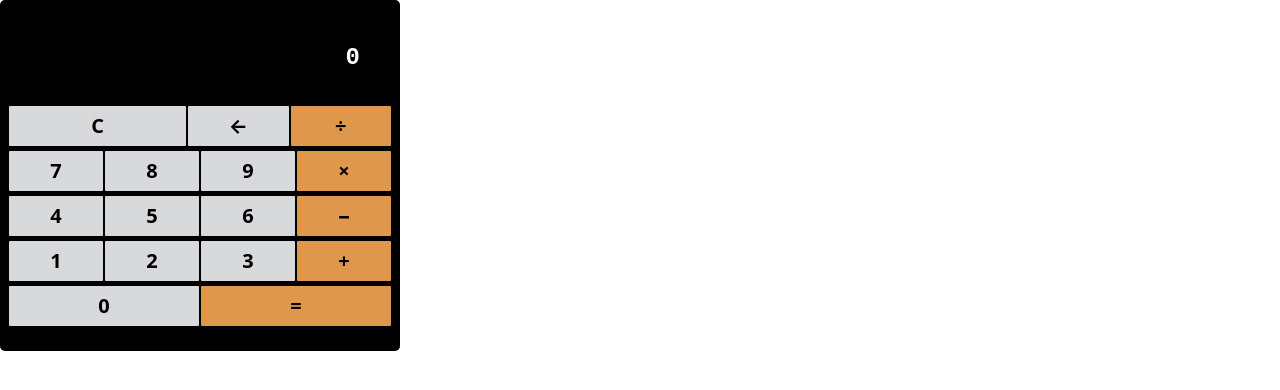
Repository: jgramirez0210/LAB-calculator
Page: index.html
The author's editor kept a copy of each file at every save. The page is drawn from the files as they stood at one save, then again after the next save.
The browser window is 1280 px wide. The pictures show the whole page.

Above is the page before, as saved 2023-10-10 21:25:48.

### index.html
<!DOCTYPE html>
<html lang="en">
<head>
  <meta charset="UTF-8">
  <meta name="viewport" content="width=device-width, initial-scale=1.0">
  <title>Calculator</title>
  <link href="https://cdn.jsdelivr.net/npm/bootstrap@5.3.2/dist/css/bootstrap.min.css" rel="stylesheet" integrity="sha384-T3c6CoIi6uLrA9TneNEoa7RxnatzjcDSCmG1MXxSR1GAsXEV/Dwwykc2MPK8M2HN" crossorigin="anonymous">
  <link rel="stylesheet" href="main.css">
</head>
<body>
  <div class="calculator">
    <div class="display">0</div>
    <div class="row">
      <button class="clear-btn" id="wide">C</button>
      <button id="back">&#8592;</button>
      <button class="function" id="division">&#247;</button>
    </div>
    <div class="row">
        <button>7</button>
        <button>8</button>
        <button>9</button>
        <button class="function" id="multiply">&#215;</button>
    </div>
    <div class="row">
        <button>4</button>
        <button>5</button>
        <button>6</button>
        <button class="function" id="subtract">&#8722;</button>
    </div>
    <div class="row">
        <button>1</button>
        <button>2</button>
        <button>3</button>
        <button class="function" id="add">&#43;</button>
    </div>
    <div class="row">
        <button class="xwide">0</button>
        <button class="function" id="equals">&#61;</button>
    </div>
</div>

  <script src="https://cdn.jsdelivr.net/npm/bootstrap@5.3.2/dist/js/bootstrap.bundle.min.js" integrity="sha384-C6RzsynM9kWDrMNeT87bh95OGNyZPhcTNXj1NW7RuBCsyN/o0jlpcV8Qyq46cDfL" crossorigin="anonymous"></script>
  <script src="main.js"></script>
</body>
</html>

### main.css
* {
  box-sizing: border-box;
  margin: 0;
  padding: 0;
  font-weight: bold;
}

.calculator {
  width: 400px;
  background-color: #000000;
  padding: 20px;
  border-radius: 5px;
}

.display {
  font-family: monospace;
  background-color: black;
  color: white;
  padding: 20px;
  font-size: 24px;
  margin-bottom: 10px;
  text-align: right;
}

.row {
  display: flex;
  justify-content: space-between;
  margin-bottom: 5px;
}

button {
  flex: 1; /* Ensures equal distribution of space among buttons */
  margin: 0 1px; /* Added a slight margin for spacing */
  padding: 5px;
  font-size: 20px;
  background-color: #d8d9db;
  border: none;
  border-radius: 1px;
  transition: background-color 0.3s;
}

button:hover {
  background-color: #ebebeb;
}

button:active {
  background-color: #bbbcbe;
}

button.function {
  background-color: #df974c;
}

button.function:hover {
  background-color: #dfb07e;
}

button.function:active {
  background-color: #dd8d37;
}
button#wide {
  flex: 2;
}
button#xwide {
  flex: 3;
}

### main.js
console.log("testeroo")

After the next save:
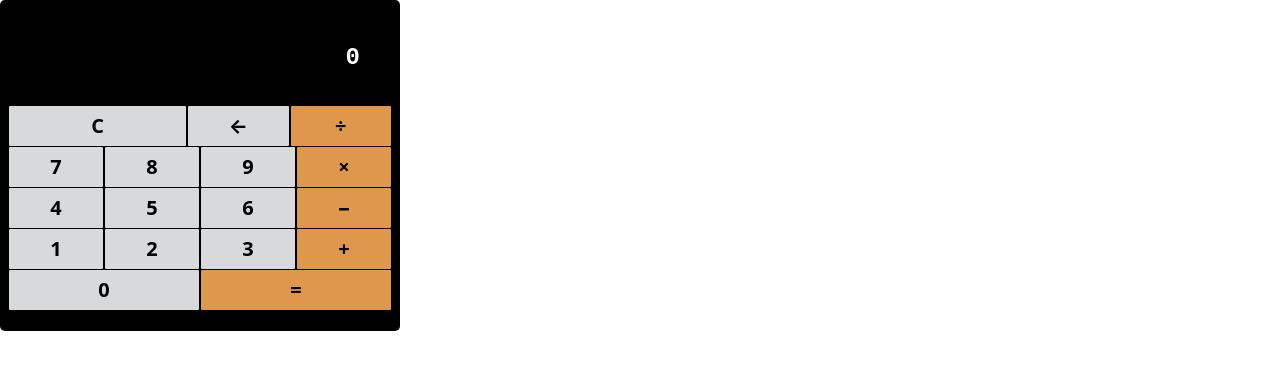
Saved 49 s later.
--- a/main.css
+++ b/main.css
@@ -25,7 +25,7 @@
 .row {
   display: flex;
   justify-content: space-between;
-  margin-bottom: 5px;
+  margin-bottom: 1px;
 }
 
 button {
